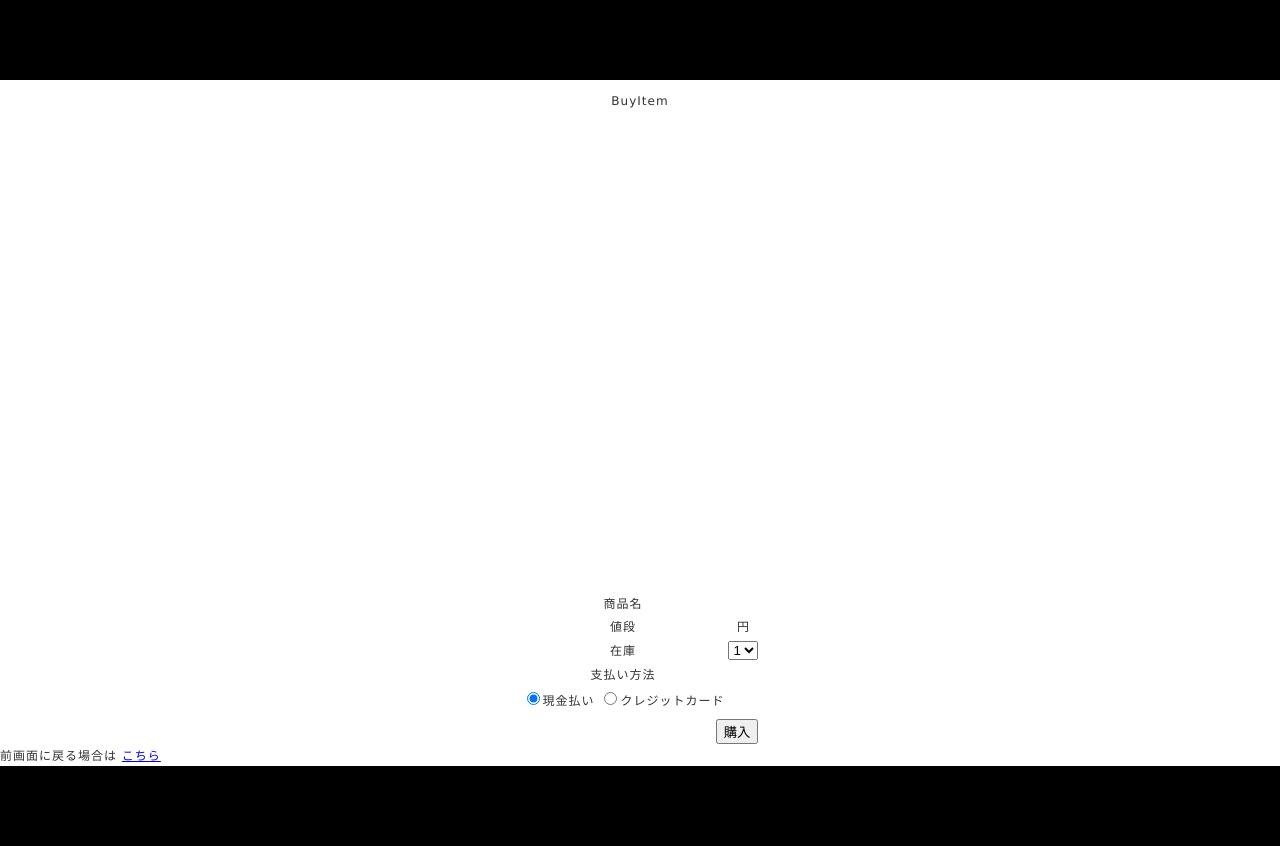
Repository: ryuhei0204/test
Page: http://localhost/template/buyItem.jsp
These files come from the project's save history. The page is drawn as it stood at one moment and after the next save; the edit follows.
The browser window is 1280 px wide. The pictures show the whole page.
The page is served by Tomcat 9.

Above is the page before, as saved 2019-05-15 07:01:34.

After the next save:
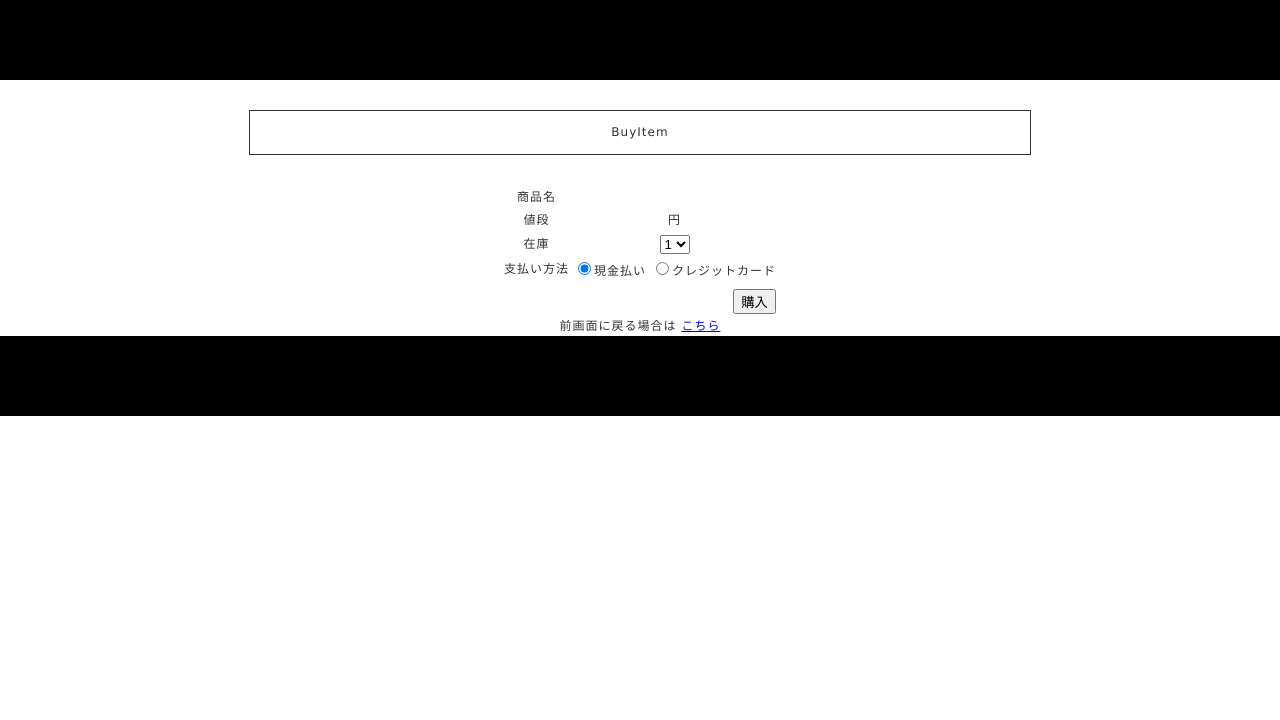
Saved 8 min 6 s later.
--- a/template/WebContent/buyItem.jsp
+++ b/template/WebContent/buyItem.jsp
@@ -58,6 +58,7 @@
     </div>
   </div>
   <div id="main">
+    <div id="top">
     <p>BuyItem</p>
   </div>
   <div>
@@ -98,8 +99,6 @@
         <td>
           <span>支払い方法</span>
         </td>
-      </tr>
-      <tr>
         <td>
           <input type="radio" name="pay" value="1" checked="checked">現金払い
           <input type="radio" name="pay" value="2">クレジットカード
@@ -121,5 +120,6 @@
     <div id="pr">
     </div>
   </div>
+  </div>
 </body>
 </html>
